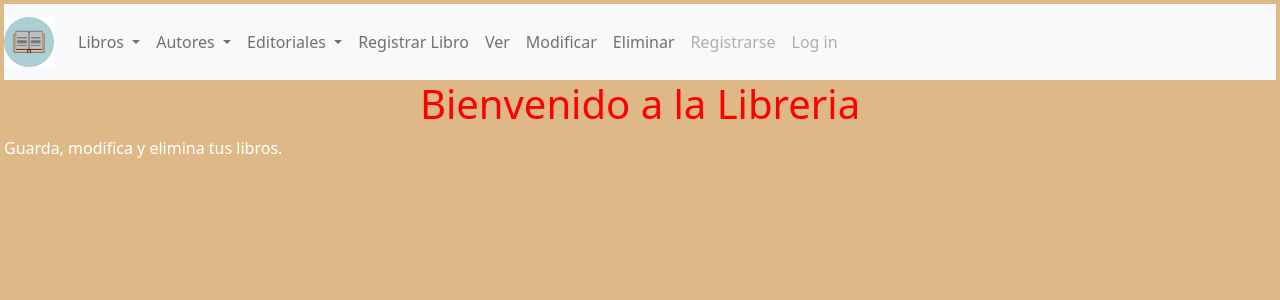
Repository: frnalonso/libreria
Page: src/main/resources/templates/index.html
The author's editor kept a copy of each file at every save. The page is drawn from the files as they stood at one save, then again after the next save.
The browser window is 1280 px wide. The pictures show the whole page.

Above is the page before, as saved 2021-11-13 13:47:19.

### src/main/resources/templates/index.html

<!doctype html>
<html lang="en">
  <head>
    <!-- Required meta tags -->
    <meta charset="utf-8">
    <meta name="viewport" content="width=device-width, initial-scale=1">

    <!-- Bootstrap CSS -->
    <link href="https://cdn.jsdelivr.net/npm/bootstrap@5.1.3/dist/css/bootstrap.min.css" rel="stylesheet" integrity="sha384-1BmE4kWBq78iYhFldvKuhfTAU6auU8tT94WrHftjDbrCEXSU1oBoqyl2QvZ6jIW3" crossorigin="anonymous">
    <link rel="stylesheet" href="/css/index.css"/>
    <title>Inicio</title>

  </head>
  <body class="p-1 text-white">
    <nav class="navbar navbar-expand-lg navbar-light bg-light">
        <a class="navbar-brand" href="/" ><img src="/images/icono_libreria2.jpg" width="50px" alt=""></a>
        <button class="navbar-toggler" type="button" data-toggle="collapse" data-target="#navbarNavAltMarkup" aria-controls="navbarNavAltMarkup" aria-expanded="false" aria-label="Toggle navigation">
          <span class="navbar-toggler-icon"></span>
        </button>
        <div class="collapse navbar-collapse" id="navbarNavAltMarkup">
          <div class="navbar-nav">
            <li class="nav-item dropdown">
              <a class="nav-link dropdown-toggle" href="#" id="navbarDropdown" role="button" data-bs-toggle="dropdown" aria-expanded="false">
                Libros
              </a>
              <ul class="dropdown-menu" aria-labelledby="navbarDropdown">
                <li><a class="dropdown-item" href="#">Registrar Libro</a></li>
                <li><a class="dropdown-item" href="#">Ver Libros</a></li>
              </ul>
            </li>
            <li class="nav-item dropdown">
              <a class="nav-link dropdown-toggle" href="#" id="navbarDropdown" role="button" data-bs-toggle="dropdown" aria-expanded="false">
                Autores
              </a>
              <ul class="dropdown-menu" aria-labelledby="navbarDropdown">
                <li><a class="dropdown-item" href="#">Registrar Autor</a></li>
                <li><a class="dropdown-item" href="#">Ver Autores</a></li>
              </ul>
            </li>
            <li class="nav-item dropdown">
              <a class="nav-link dropdown-toggle" href="#" id="navbarDropdown" role="button" data-bs-toggle="dropdown" aria-expanded="false">
                Editoriales
              </a>
              <ul class="dropdown-menu" aria-labelledby="navbarDropdown">
                <li><a class="dropdown-item" href="#">Registrar Editorial</a></li>
                <li><a class="dropdown-item" href="#">Ver Editoriales</a></li>
              </ul>
            </li>
            <a class="nav-item nav-link" href="/registro">Registrar Libro</a>
            <a class="nav-item nav-link" href="/mostrar">Ver</a>
            <a class="nav-item nav-link" href="/modificar/{id}">Modificar</a>
            <a class="nav-item nav-link" href="/eliminar">Eliminar</a>
            <a class="nav-item nav-link disabled" href="Log in">Registrarse</a>
            <a class="nav-item nav-link disabled" href="Log in">Log in</a>
          </div>
        </div>
      </nav>
    <h1>Bienvenido a la Libreria</h1>
    <p>Guarda, modifica y elimina tus libros.</p>
    <!-- Optional JavaScript; choose one of the two! -->

    <!-- Option 1: Bootstrap Bundle with Popper -->
    <script src="https://cdn.jsdelivr.net/npm/bootstrap@5.1.3/dist/js/bootstrap.bundle.min.js" integrity="sha384-ka7Sk0Gln4gmtz2MlQnikT1wXgYsOg+OMhuP+IlRH9sENBO0LRn5q+8nbTov4+1p" crossorigin="anonymous"></script>

    <!-- Option 2: Separate Popper and Bootstrap JS -->
    <!--
    <script src="https://cdn.jsdelivr.net/npm/@popperjs/core@2.10.2/dist/umd/popper.min.js" integrity="sha384-7+zCNj/IqJ95wo16oMtfsKbZ9ccEh31eOz1HGyDuCQ6wgnyJNSYdrPa03rtR1zdB" crossorigin="anonymous"></script>
    <script src="https://cdn.jsdelivr.net/npm/bootstrap@5.1.3/dist/js/bootstrap.min.js" integrity="sha384-QJHtvGhmr9XOIpI6YVutG+2QOK9T+ZnN4kzFN1RtK3zEFEIsxhlmWl5/YESvpZ13" crossorigin="anonymous"></script>
    -->
  </body>
</html>

### src/main/resources/static/css/index.css
body {
    background-color:burlywood;
}

h1 {
    color: red;
    text-align: center;
}

img {
    display:block;
    margin:auto;
}

After the next save:
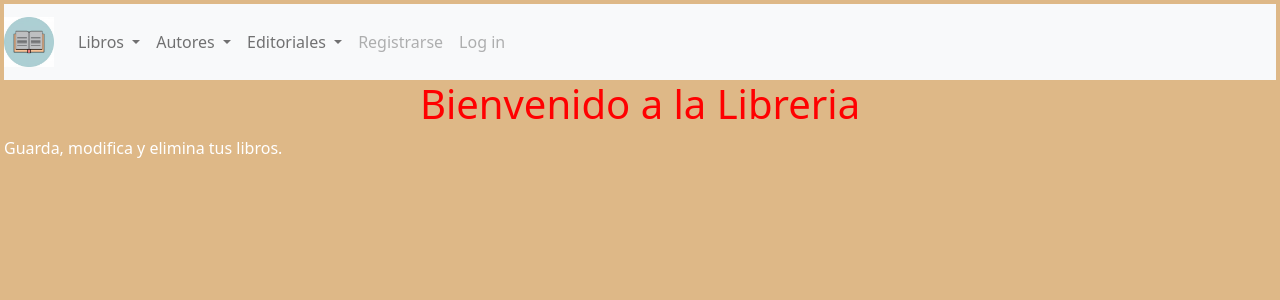
Saved 52 s later.
--- a/src/main/resources/templates/index.html
+++ b/src/main/resources/templates/index.html
@@ -25,8 +25,8 @@
                 Libros
               </a>
               <ul class="dropdown-menu" aria-labelledby="navbarDropdown">
-                <li><a class="dropdown-item" href="#">Registrar Libro</a></li>
-                <li><a class="dropdown-item" href="#">Ver Libros</a></li>
+                <li><a class="dropdown-item" href="/registro">Registrar Libro</a></li>
+                <li><a class="dropdown-item" href="/mostrar">Ver Libros</a></li>
               </ul>
             </li>
             <li class="nav-item dropdown">
@@ -47,10 +47,6 @@
                 <li><a class="dropdown-item" href="#">Ver Editoriales</a></li>
               </ul>
             </li>
-            <a class="nav-item nav-link" href="/registro">Registrar Libro</a>
-            <a class="nav-item nav-link" href="/mostrar">Ver</a>
-            <a class="nav-item nav-link" href="/modificar/{id}">Modificar</a>
-            <a class="nav-item nav-link" href="/eliminar">Eliminar</a>
             <a class="nav-item nav-link disabled" href="Log in">Registrarse</a>
             <a class="nav-item nav-link disabled" href="Log in">Log in</a>
           </div>
